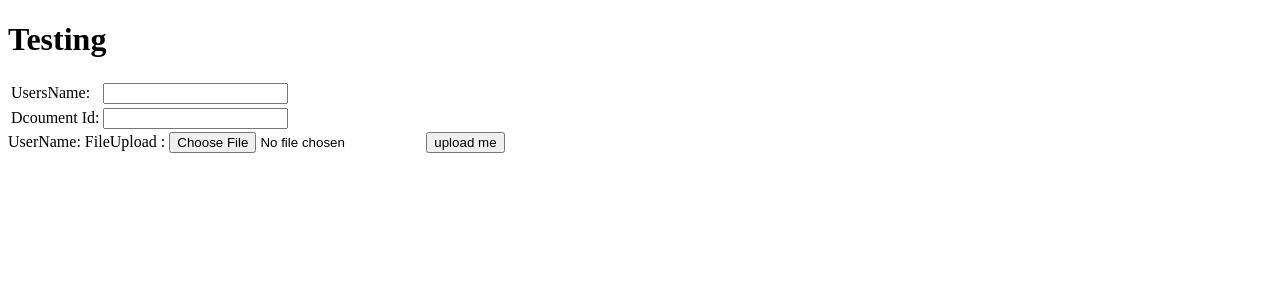
Repository: aygodbole/Coding-Assessment
Page: http://localhost/DocMgmt/resources/views/index.jsp
An editor plug-in stored every save of this project. The page is shown before and after the next save, followed by the edit.
The browser window is 1280 px wide. The pictures show the whole page.
The page is served by Tomcat 9.

Above is the page before, as saved 2017-12-20 06:20:35.

### DocMgmt/src/main/webapp/resources/views/index.jsp
<%@ page language="java" contentType="text/html; charset=ISO-8859-1" pageEncoding="ISO-8859-1"%>
<!DOCTYPE html>
<html>
<head>
	<meta charset="ISO-8859-1">
	<title>Insert title here</title>
</head>
<body ng-app ="DocManagerApp">
<div ng-controller = "DocCtrl">
<h1>{{name}} </h1>
<table>
<tr>
<td>UsersName:</td>
<td><input type= "text" id="userName" ng-model="userName"></td>
</tr>

<tr>
<td>Dcoument Id:</td>
<td><input type= "text" id="docId" ng-model="docId"></td>
</tr>
</table>
UserName:

FileUpload :
<input id="fileAttUpload" type="file" file-model = "myFile">
<button ng-click = "saveAttachments();">upload me</button>
</div>


<!-- jQuery (necessary for Bootstrap's JavaScript plugins) -->
 <script type="text/javascript" src='<%=request.getContextPath()%>/resources/js/jquery.min.js'></script>
<script type="text/javascript" src='<%=request.getContextPath() %>/resources/js/angular.min.js'></script>
<script type="text/javascript" src='<%=request.getContextPath() %>/resources/js/angular-route.min.js'></script>
<script type="text/javascript" src='<%=request.getContextPath() %>/resources/js/angular-resource.min.js'></script>
<script type="text/javascript" src='<%=request.getContextPath() %>/resources/js/app.js'></script>
<!-- <script src="https://ajax.googleapis.com/ajax/libs/angularjs/1.4.4/angular.js'></script>-->
</body>
</html>

### DocMgmt/src/main/webapp/resources/js/app.js
var app = angular.module('DocManagerApp', []);

app.directive('fileModel', ['$parse', function ($parse) {
    return {
       restrict: 'A',
       link: function(scope, element, attrs) {
          var model = $parse(attrs.fileModel);
          var modelSetter = model.assign;

          element.bind('change', function(){
             scope.$apply(function(){
                modelSetter(scope, element[0].files[0]);
             });
          });
       }
    };
 }]);

app.controller('DocCtrl', ['$scope', '$http', '$log',
		function($scope, $http, $log) {
			$scope.name = "Testing";
			$log.info("Inside Doc controller");
			$scope.saveAttachments = function(){
				$log.info("Inside save attachment");
				var fd = new FormData();
				fd.append("file",$scope.myFile);
				fd.append("userName",$scope.userName);
				fd.append("docId",$scope.docId);
				    $http.post("/DocMgmt/upload", fd, {
				           transformRequest: angular.identity,
				           headers: {'Content-Type': undefined,
				           	'enctype' :'multipart/form-data'}
				       }).success(function(results){
				       	// console.log("response : _>",results);
				       	$scope.showPreLoader = false;
				if(results.STATUS=='SUCCESS'){
					$log.info("SUCCESS");
				}else {
				$scope.errorMessage = "Error in saving the Attachments";
				 }
				})
				   .error(function(data,status){
				   	$scope.showPreLoader = false;
				   	$scope.errorMessage = "Error in saving the Attachments";
				   });
				};
		} ]);

Loaded but not shown: DocMgmt/src/main/webapp/resources/js/jquery.min.js (library); DocMgmt/src/main/webapp/resources/js/angular.min.js (library); DocMgmt/src/main/webapp/resources/js/angular-route.min.js (library); DocMgmt/src/main/webapp/resources/js/angular-resource.min.js (library)

After the next save:
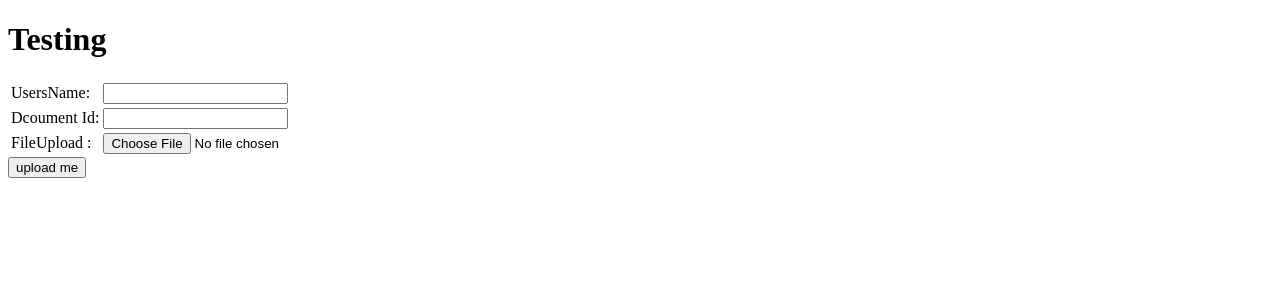
Saved 37 s later.
--- a/DocMgmt/src/main/webapp/resources/views/index.jsp
+++ b/DocMgmt/src/main/webapp/resources/views/index.jsp
@@ -18,11 +18,15 @@
 <td>Dcoument Id:</td>
 <td><input type= "text" id="docId" ng-model="docId"></td>
 </tr>
+
+<tr>
+<td>FileUpload :</td>
+<td><input id="fileAttUpload" type="file" file-model = "myFile"></td>
+</tr>
 </table>
-UserName:
 
-FileUpload :
-<input id="fileAttUpload" type="file" file-model = "myFile">
+
+
 <button ng-click = "saveAttachments();">upload me</button>
 </div>
 
